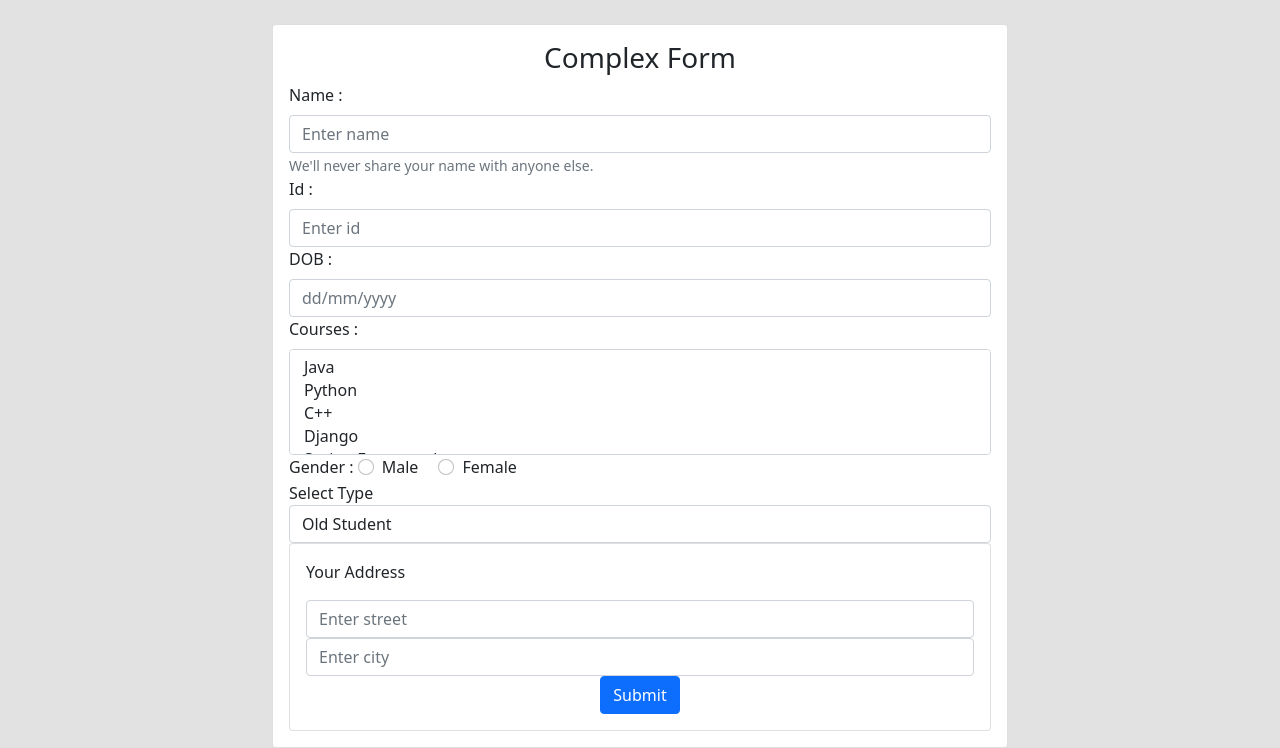
Repository: urvashimalviya/crudDemo
Page: http://localhost/SearchProject/WEB-INF/views/complex_form.jsp
An editor plug-in stored every save of this project. The page is shown before and after the next save, followed by the edit.
The browser window is 1280 px wide. The pictures show the whole page.
The page is served by Tomcat 9. Nobody is signed in. Other server files are loaded and not shown. The template is opened directly, without the code that normally fills it, so the values that code supplies are empty.

Above is the page before, as saved 2021-08-18 10:06:15.

### SearchProject/src/main/webapp/WEB-INF/views/complex_form.jsp
<%@ page language="java" contentType="text/html; charset=ISO-8859-1"
	pageEncoding="ISO-8859-1"%>
<!doctype html>
<html lang="en">
<head>
<!-- Required meta tags -->
<meta charset="utf-8">
<meta name="viewport" content="width=device-width, initial-scale=1"
	"shrink-to-fit=no">

<!-- Bootstrap CSS -->
<link rel="stylesheet"
	href="https://cdn.jsdelivr.net/npm/bootstrap@5.1.0/dist/css/bootstrap.min.css"
	integrity="sha384-KyZXEAg3QhqLMpG8r+8fhAXLRk2vvoC2f3B09zVXn8CA5QIVfZOJ3BCsw2P0p/We"
	crossorigin="anonymous">

<title>Hello, world!</title>
</head>
<body class="" style="background: #e2e2e2;">


	<div class="container mt-4">


		<div class="row">

			<div class="col-md-8 offset-md-2">
				<div class="card">
					<div class="card-body">
						<h3 class="text-center">Complex Form</h3>
						<form action="handleform" method="post">

							<div class="form-group">
								<label for="exampleInputEmail1" class="form-label">Name
									:</label> <input type="text" name="name" class="form-control"
									id="exampleInputEmail1" aria-describedby="emailHelp"
									placeholder="Enter name"> <small id="emailHelp"
									class="form-text text-muted">We'll never share your
									name with anyone else.</small>
							</div>
							<div class="form-group">

								<label for="exampleInputEmail1" class="form-label">Id :</label>
								<input type="text" name="id" class="form-control"
									id="exampleInputEmail1" aria-describedby="emailHelp"
									placeholder="Enter id">
							</div>
							<div class="form-group">
								<label for="exampleInputEmail1" class="form-label">DOB :</label>
								<input type="text" name="date" class="form-control"
									id="exampleInputEmail1" aria-describedby="emailHelp"
									placeholder="dd/mm/yyyy">
							</div>

							<div class="form-group">
								<label for="exampleInputEmail1" class="form-label">Courses
									:</label> <select name="courses" class="form-control"
									id="exampleFormControlSelect1" multiple>

									<option>Java</option>
									<option>Python</option>
									<option>C++</option>
									<option>Django</option>
									<option>Spring Framework</option>
								</select>
							</div>

							<div class="form-group">
								<span class="mr-3">Gender :</span>
								<div class="form-check form-check-inline">
									<input class="form-check-input" type="radio" name="gender"
										id="inlineRadio1" value="male"> <label
										class="form-check-label" for="inlineRadio1">Male</label>
								</div>
								<div class="form-check form-check-inline">
									<input class="form-check-input" type="radio" name="gender"
										id="inlineRadio2" value="female"> <label
										class="form-check-label" for="inlineRadio2">Female</label>
								</div>

							</div>

							<div class="form-group">
								<label for="">Select Type </label> <select class="form-control"
									name="type">
									<option value="oldStudent">Old Student</option>
									<option value="normalStudent">Normal Student</option>
								</select>
							</div>
							<div class="card">
								<div class="card-body">
									<p>Your Address</p>
									<div class="form-group">
										<input type="text" class="form-control" name="address.street"
											placeholder="Enter street" />


									</div>

									<div class="form-group">

										<input type="text" class="form-control" name="address.city"
											placeholder="Enter city" />
									</div>

									<div class="container text-center">
										<button type="submit" class="btn btn-primary">Submit</button>

									</div>
						</form>
					</div>
				</div>

			</div>

		</div>
	</div>

	<!-- Optional JavaScript; choose one of the two! -->

	<!-- Option 1: Bootstrap Bundle with Popper -->
	<script
		src="https://cdn.jsdelivr.net/npm/bootstrap@5.1.0/dist/js/bootstrap.bundle.min.js"
		integrity="sha384-U1DAWAznBHeqEIlVSCgzq+c9gqGAJn5c/t99JyeKa9xxaYpSvHU5awsuZVVFIhvj"
		crossorigin="anonymous"></script>

	<!-- Option 2: Separate Popper and Bootstrap JS -->
	<!--
    <script src="https://cdn.jsdelivr.net/npm/@popperjs/core@2.9.3/dist/umd/popper.min.js" integrity="sha384-eMNCOe7tC1doHpGoWe/6oMVemdAVTMs2xqW4mwXrXsW0L84Iytr2wi5v2QjrP/xp" crossorigin="anonymous"></script>
    <script src="https://cdn.jsdelivr.net/npm/bootstrap@5.1.0/dist/js/bootstrap.min.js" integrity="sha384-cn7l7gDp0eyniUwwAZgrzD06kc/tftFf19TOAs2zVinnD/C7E91j9yyk5//jjpt/" crossorigin="anonymous"></script>
    -->
</body>
</html>

After the next save:
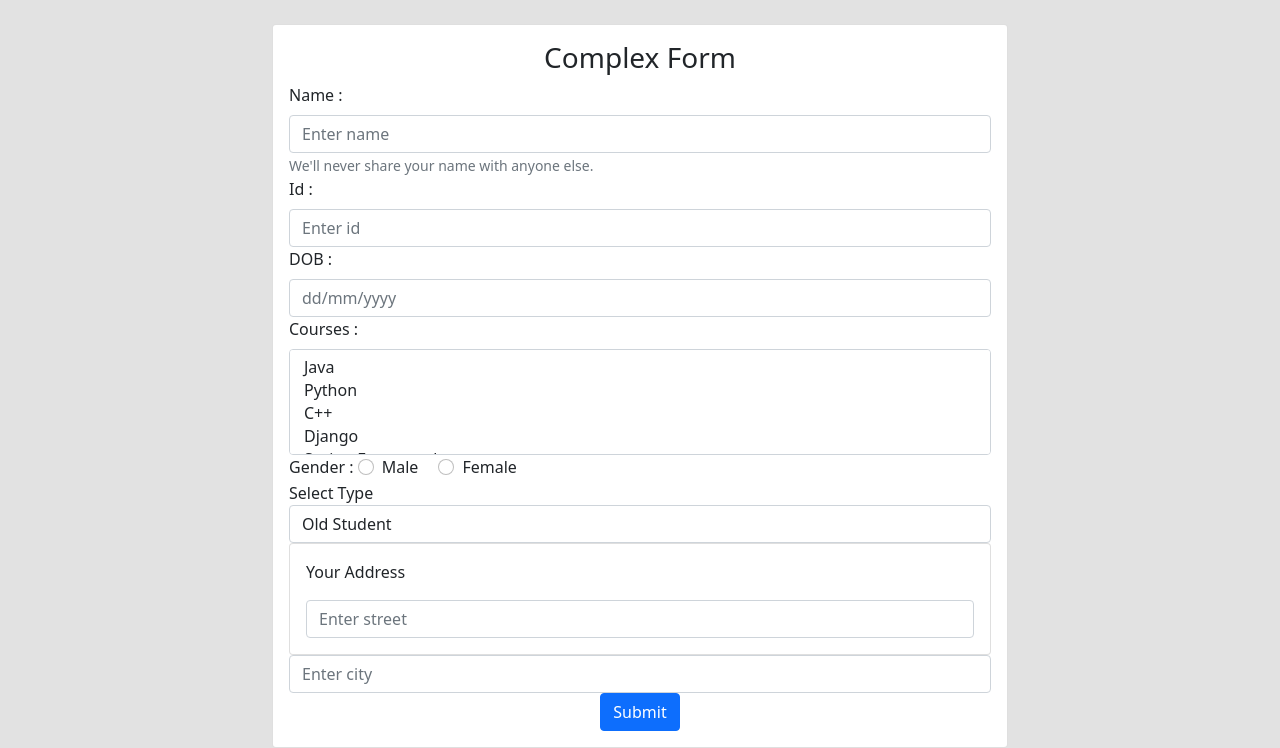
Saved 3 min 17 s later.
--- a/SearchProject/src/main/webapp/WEB-INF/views/complex_form.jsp
+++ b/SearchProject/src/main/webapp/WEB-INF/views/complex_form.jsp
@@ -96,17 +96,19 @@
 
 
 									</div>
+								</div>
+							</div>
 
-									<div class="form-group">
+							<div class="form-group">
 
-										<input type="text" class="form-control" name="address.city"
-											placeholder="Enter city" />
-									</div>
+								<input type="text" class="form-control" name="address.city"
+									placeholder="Enter city" />
+							</div>
 
-									<div class="container text-center">
-										<button type="submit" class="btn btn-primary">Submit</button>
+							<div class="container text-center">
+								<button type="submit" class="btn btn-primary">Submit</button>
 
-									</div>
+							</div>
 						</form>
 					</div>
 				</div>
